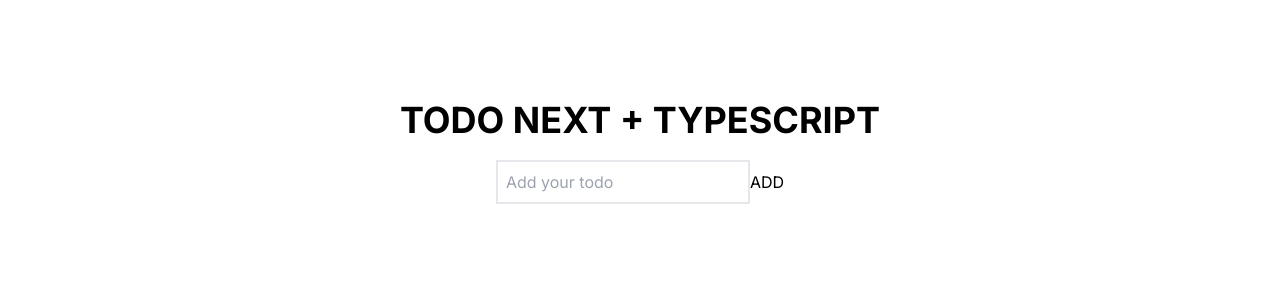
Repository: mehh000/next-ts-todo
Page: /
The author's editor kept a copy of each file at every save. The page is drawn from the files as they stood at one save, then again after a run of saves.
The browser window is 1280 px wide. The pictures show the whole page.
The project was rebuilt for these pictures with package versions that can differ from the ones it lists, and the page was loaded fresh each time. The framework's server and built-in components were replaced by stand-ins that run in the browser. Also part of the build but not shown: next.config.mjs.

Above is the page before, as saved 2024-06-15 19:49:52.

After the next 2 saves:
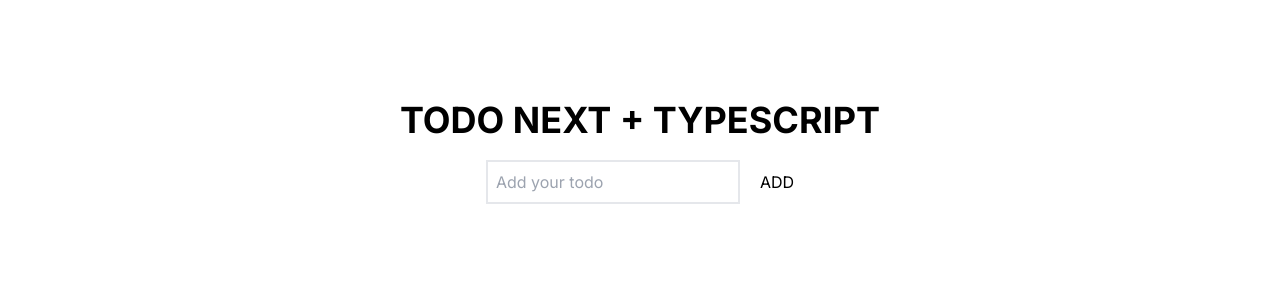
The 2 saves are shown as one change because they came seconds apart.
The last was saved 7 s later.
--- a/src/components/add-todo.tsx
+++ b/src/components/add-todo.tsx
@@ -17,7 +17,7 @@ const AddTODO: React.FC = () => {
   };
 
   return (
-    <form onSubmit={handleSubmit} className="flex item">
+    <form onSubmit={handleSubmit} className="flex items-center gap-5">
       <input
         type="text"
         placeholder="Add your todo"
